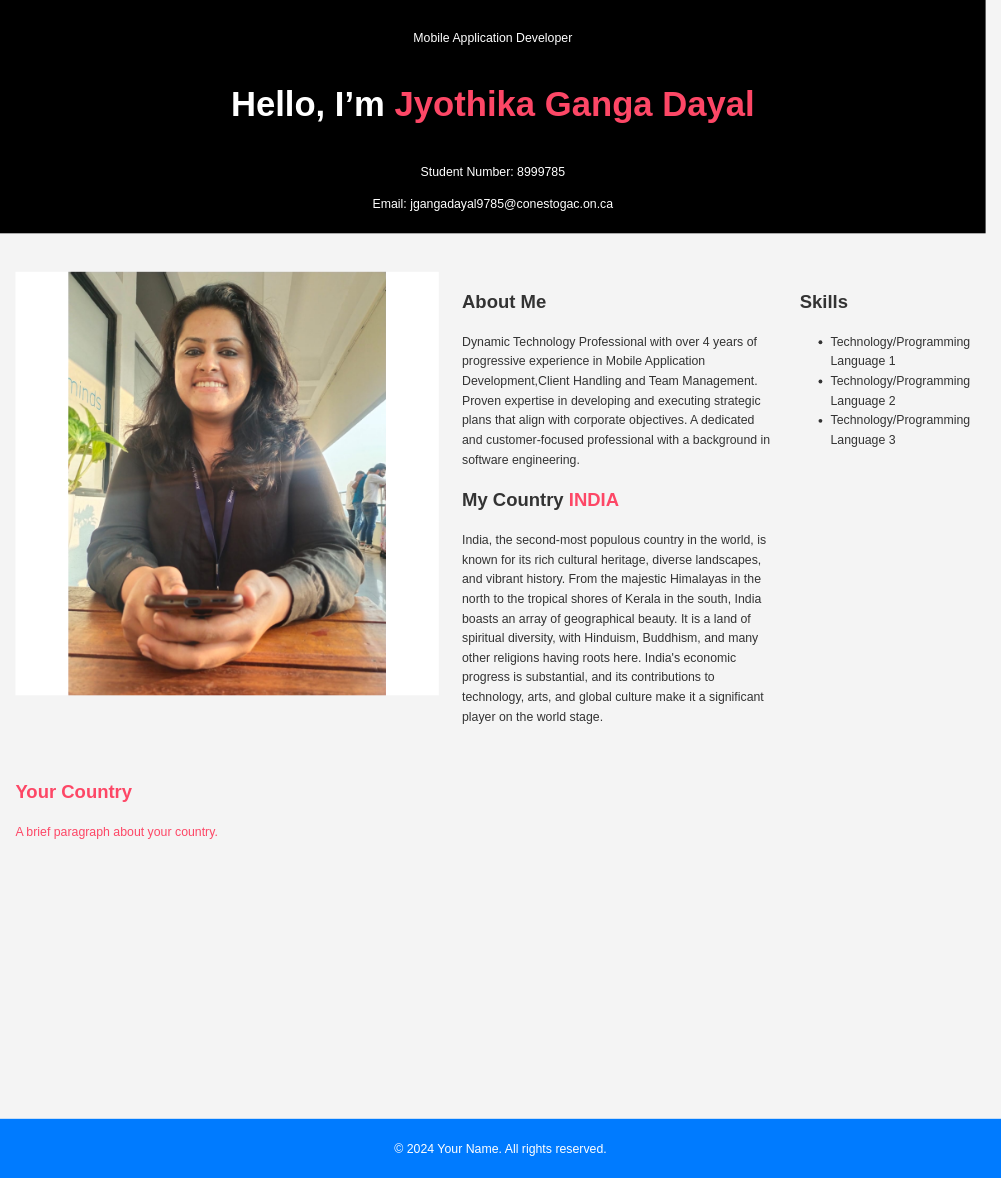
Repository: jyothika123/portfolio
Page: index.html
The author's editor kept a copy of each file at every save. The page is drawn from the files as they stood at one save, then again after the next save.
The browser window is 1280 px wide. The page is 1300 px wide, so the pictures cover 1300 px, including what lies to the right of the window. The pictures show the whole page, at 77% of full size.
Pictures or frames that could not be fetched are drawn as grey boxes.

Above is the page before, as saved 2024-09-22 16:41:30.

### index.html
<!DOCTYPE html>
<html lang="en">
<head>
    <meta charset="UTF-8">
    <meta name="viewport" content="width=device-width, initial-scale=1.0">
    <link rel="stylesheet" href="css/style.css">
    <title>Jyothika Ganga Dayal</title>
</head>
<body>
    <header>
        <div class="content">
            <br>
            <span class="title">Mobile Application Developer</span>
            <h1>Hello, I’m <span>Jyothika Ganga Dayal</span></h1>
            <p>Student Number: 8999785</p>
            <p>Email: jgangadayal9785@conestogac.on.ca</p>
        </div>
    </header>
    <main>
        <section class="box">
            <section class="bio">
                <div>
                    <img src="images/image.PNG" alt="A photo representing me" class="profile">
                </div>
                <div>
                    <h2>About Me</h2>
                    <p>Dynamic Technology Professional with over 4 years of progressive experience
                        in Mobile Application Development,Client Handling and Team Management. Proven
                        expertise in developing and executing strategic plans that align with
                        corporate objectives. A dedicated and customer-focused professional with a
                        background in software engineering. </p>
                    <h2>My Country <span class="country">INDIA</span> </h2>
                    <p>India, the second-most populous country in the world, is known for its rich cultural heritage, diverse landscapes, and vibrant history. From the majestic Himalayas in the north to the tropical shores of Kerala in the south, India boasts an array of geographical beauty. It is a land of spiritual diversity, with Hinduism, Buddhism, and many other religions having roots here. India's economic progress is substantial, and its contributions to technology, arts, and global culture make it a significant player on the world stage.</p>

                </div>

            </section>
            <section>
                <h2>Skills</h2>
                <ul>
                    <li>Technology/Programming Language 1</li>
                    <li>Technology/Programming Language 2</li>
                    <li>Technology/Programming Language 3</li>
                </ul>
            </section>
            <section class="country">
                <h2>Your Country</h2>
                <p>A brief paragraph about your country.</p>
                <iframe width="560" height="315" src="https://www.youtube.com/embed/your_video_id"
                        title="Interesting video about me/country/skills"
                        frameborder="0" allowfullscreen></iframe>
            </section>
        </section>
    </main>
    <aside>

    </aside>
    <footer>
        <p>&copy; 2024 Your Name. All rights reserved.</p>
    </footer>
</body>
</html>

### css/style.css


body {
    font-family: Arial, sans-serif;
    line-height: 1.6;
    margin: 0;
    padding: 0;
    color: #333;
    background-color: #f4f4f4;
}

header {
    background: #000000;
    color: #fff;
    padding: 10px;
    text-align: center;
}

main {
    display: flex;
    justify-content: space-between;
    padding: 20px;
}

.bio {
    display: grid;
    grid-template-columns: 1fr 3fr;
    gap:30px;
}

.country {
    flex: 3;
}

footer {
    background: #007BFF;
    color: #fff;
    text-align: center;
    padding: 10px ;
    position: relative;
    bottom: 0;
    width: 100%;
}

.profile{
    width:550px;
    height: 550px;
}

.content h1 {
    color: #ffffff;
    font-size: 45px;
    font-weight: 900;
    line-height: 90px;
    text-transform: inherit;
    width: 100%;
  }
  .content h1 span {
    color: #fd4766;
  }
  .content p {
    width: 100%;
    color: #ffffff;
    margin-top: 5px;
    margin-bottom: 15px;
  }
  .box{
    margin-top: 30px;
    display: grid;
    grid-template-columns: 3.5fr 0.5fr;
    gap:30px;
  }
  .country{
    color: #fd4766;
  }

After the next save:
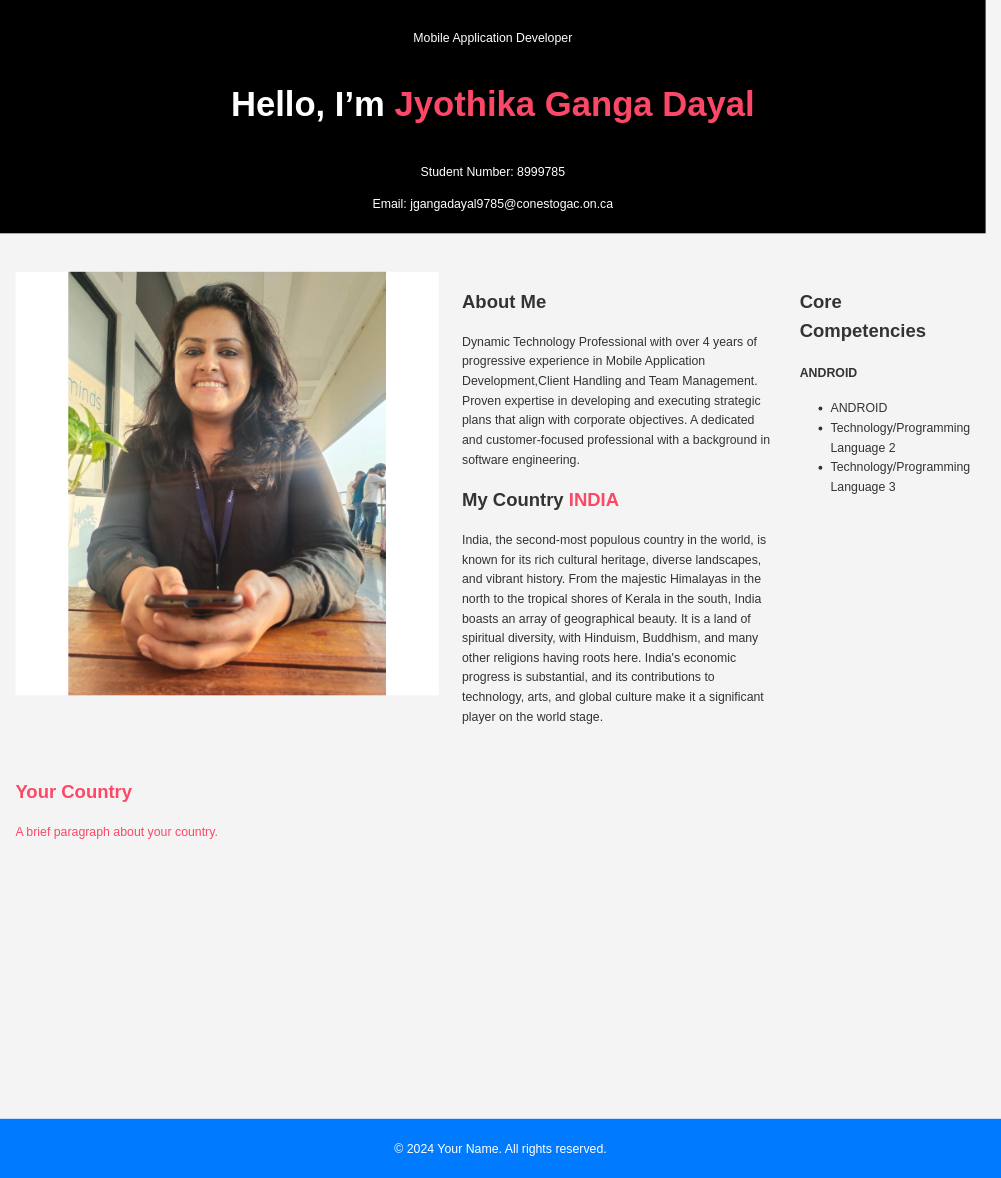
Saved 10 min 30 s later.
--- a/index.html
+++ b/index.html
@@ -36,9 +36,10 @@
 
             </section>
             <section>
-                <h2>Skills</h2>
+                <h2>Core Competencies</h2>
+                <h4>ANDROID</h4>
                 <ul>
-                    <li>Technology/Programming Language 1</li>
+                    <li>ANDROID</li>
                     <li>Technology/Programming Language 2</li>
                     <li>Technology/Programming Language 3</li>
                 </ul>
